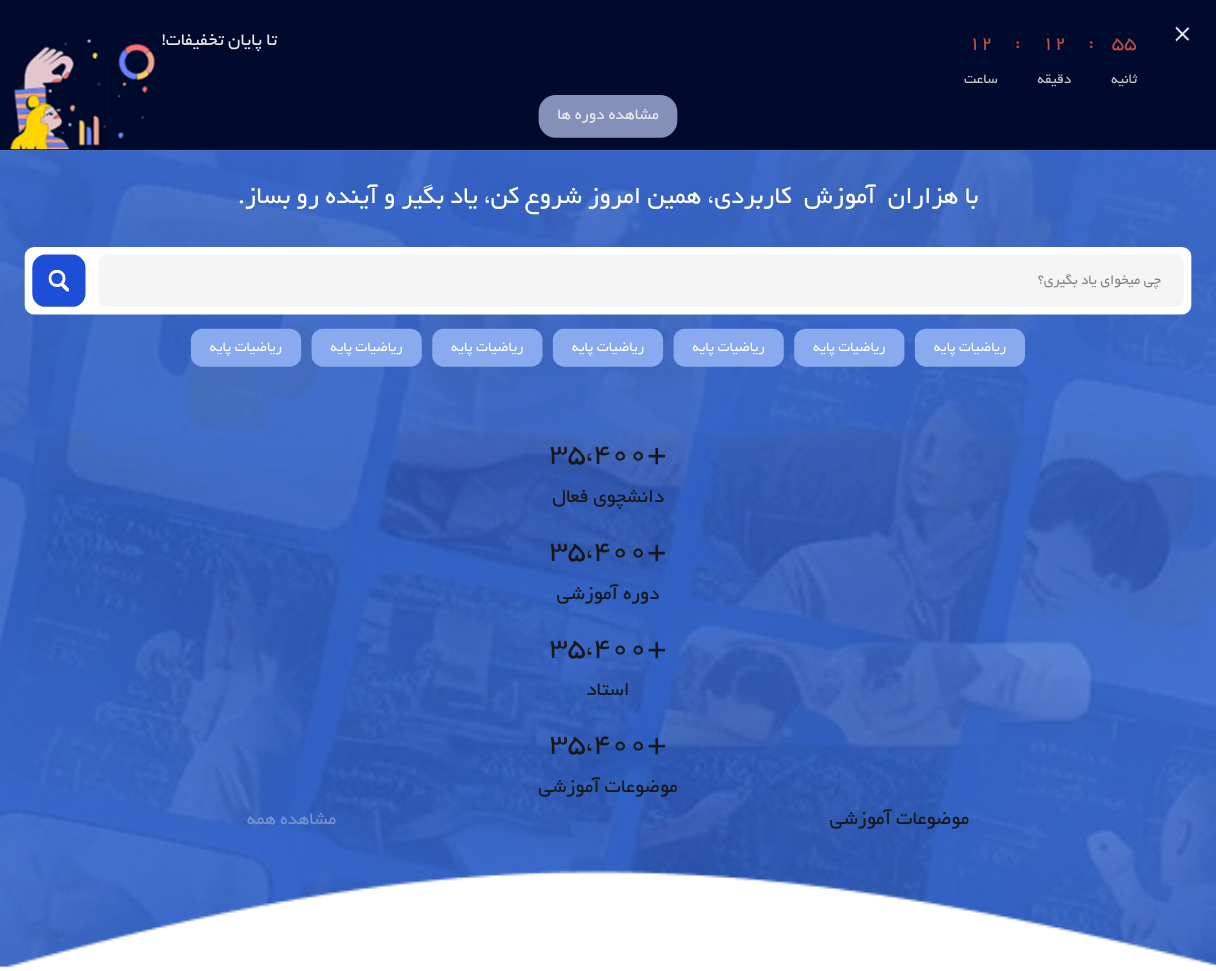
Repository: sinafath/fradars
Page: /
These files come from the project's save history. The page is drawn as it stood at one moment and after the next save; the edit follows.
The browser window is 1280 px wide. The pictures show the whole page, at 95% of full size.
The project was rebuilt for these pictures with package versions that can differ from the ones it lists, and the page was loaded fresh each time. The framework's server and built-in components were replaced by stand-ins that run in the browser. Also part of the build but not shown: next.config.ts.

Above is the page before, as saved 2025-09-21 20:20:39.

After the next save:
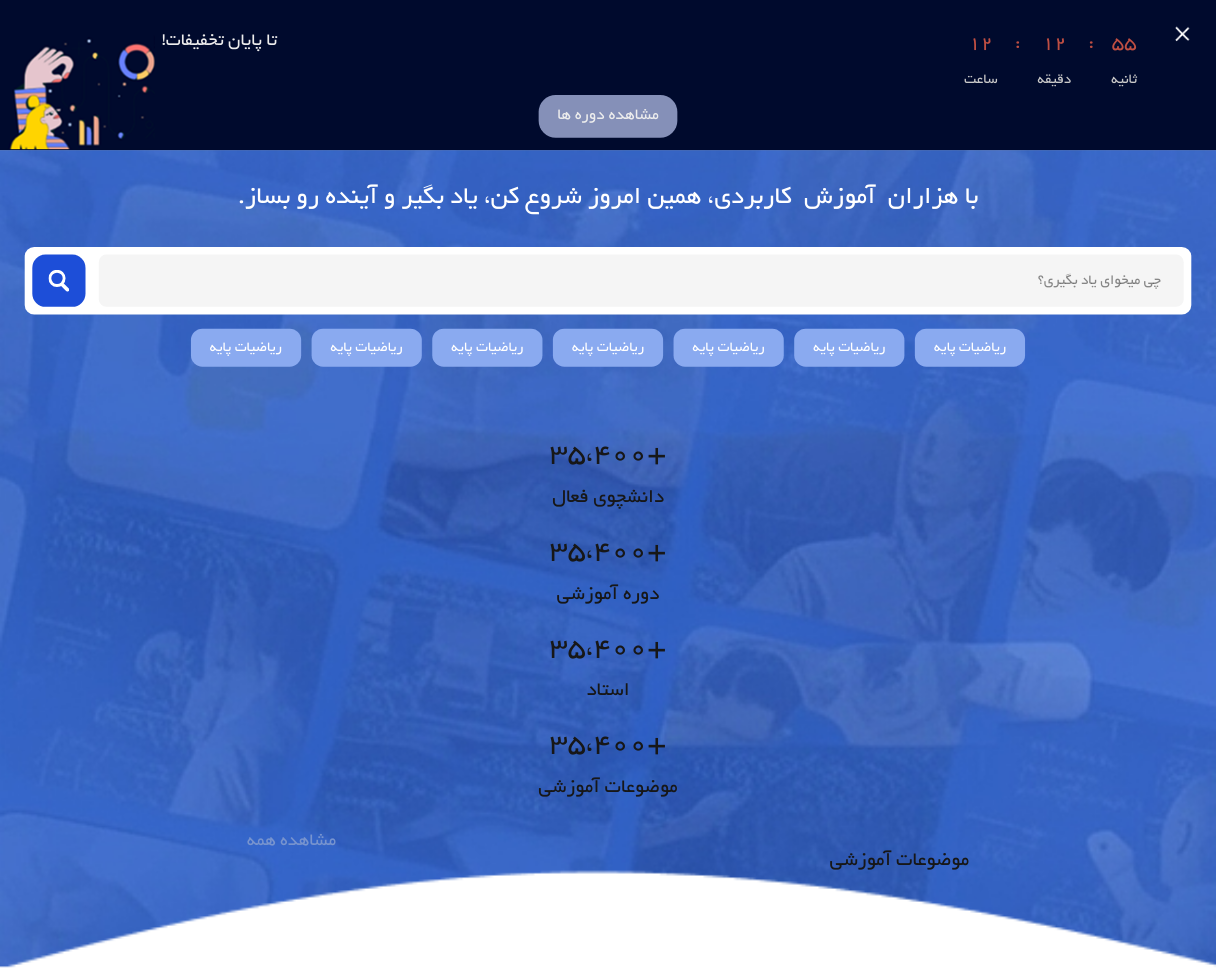
Saved 5 s later.
--- a/src/app/page.tsx
+++ b/src/app/page.tsx
@@ -87,7 +87,7 @@
         </Column>
       </Column>
       <Row justify="around">
-        <h3 className="text-[22px] mt">موضوعات آموزشی</h3>
+        <h3 className="text-[22px] mt-[44px]">موضوعات آموزشی</h3>
                 <p className="text-[20px] text-[#7894CE]"> مشاهده همه</p>
 
       </Row>
